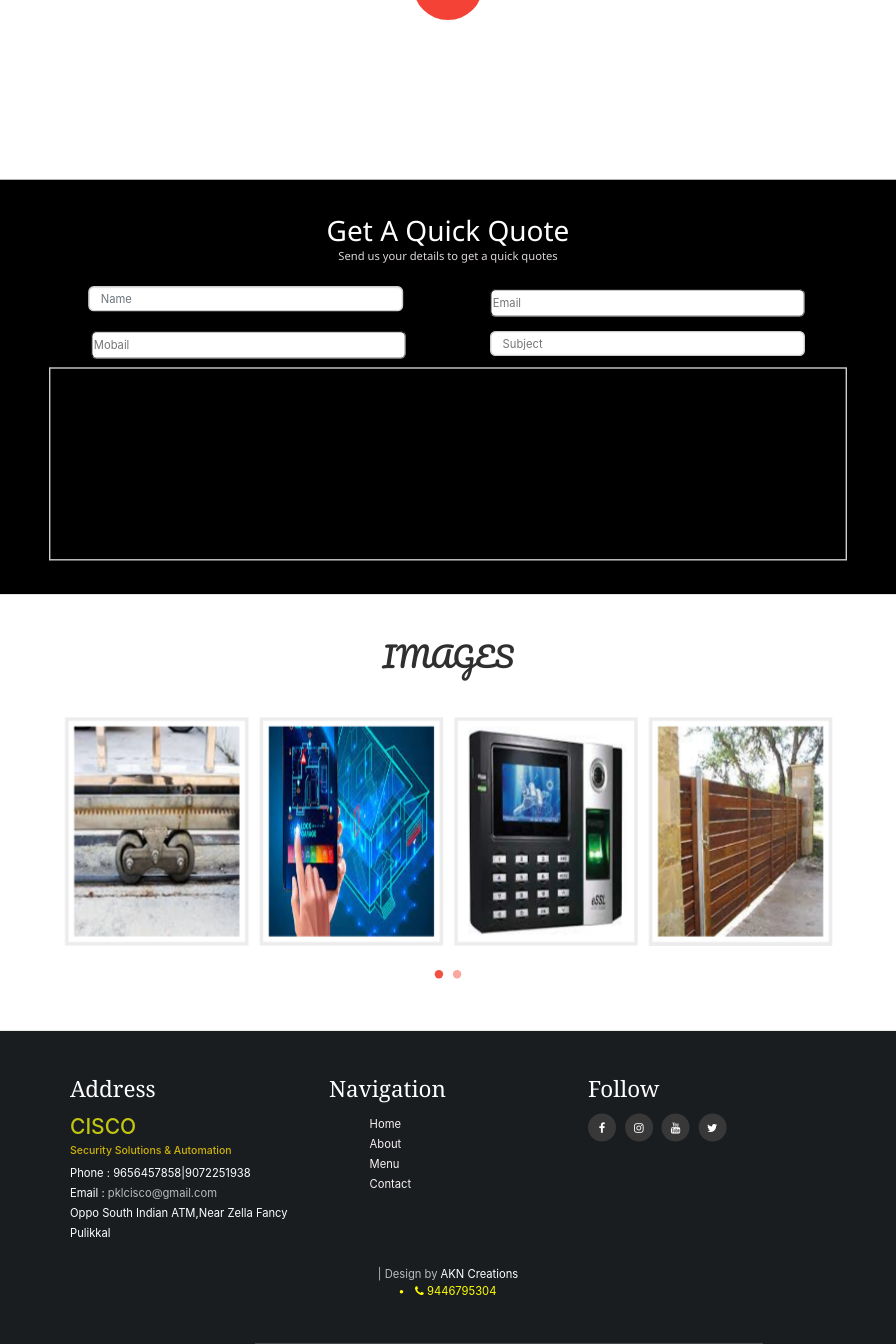
Repository: Nuhman123/Cisco
Page: index.html
The author's editor kept a copy of each file at every save. The page is drawn from the files as they stood at one save, then again after a run of saves.
The browser window is 1280 px wide. The pictures show the part of the page from y = 2164 to 4084 px (the page is 4084 px tall before and 4012 px after), at 70% of full size.

Above is the page before, as saved 2021-04-10 16:44:38.

### index.html
<!--A Design by W3layouts
Author: W3layout
Author URL: http://w3layouts.com
License: Creative Commons Attribution 3.0 Unported
License URL: http://creativecommons.org/licenses/by/3.0/
-->
<!DOCTYPE html>
<html lang="en">
<head>
<title>CISCO security solutions & automation</title>
<meta name="viewport" content="width=device-width, initial-scale=1">
<meta http-equiv="Content-Type" content="text/html; charset=utf-8" />
<meta name="keywords" content="Royal Recipes Responsive web template, Bootstrap Web Templates, Flat Web Templates, Android Compatible web template,
Smartphone Compatible web template, free webdesigns for Nokia, Samsung, LG, SonyEricsson, Motorola web design" />
<script type="application/x-javascript"> addEventListener("load", function() { setTimeout(hideURLbar, 0); }, false); function hideURLbar(){ window.scrollTo(0,1); } </script>
<!-- bootstrap-css -->
<link href="css/bootstrap.css" rel="stylesheet" type="text/css" media="all" />
<!--// bootstrap-css -->
<!-- css -->
<link rel="stylesheet" href="css/style.css" type="text/css" media="all" />
<!--// css -->
<link rel="stylesheet" href="css/owl.carousel.css" type="text/css" media="all">
<link href="css/owl.theme.css" rel="stylesheet">
<!-- font-awesome icons -->
<link href="css/font-awesome.css" rel="stylesheet">
<!-- //font-awesome icons -->
<!-- font -->
<link href='//fonts.googleapis.com/css?family=Pacifico' rel='stylesheet' type='text/css'>
<link href='//fonts.googleapis.com/css?family=Open+Sans+Condensed:300,300italic,700' rel='stylesheet' type='text/css'>
<!-- //font -->
<script src="js/jquery-1.11.1.min.js"></script>
<script src="js/bootstrap.js"></script>
<script src="https://maxcdn.bootstrapcdn.com/bootstrap/4.0.0/js/bootstrap.min.js" integrity="sha384-JZR6Spejh4U02d8jOt6vLEHfe/JQGiRRSQQxSfFWpi1MquVdAyjUar5+76PVCmYl" crossorigin="anonymous"></script>
<link rel="stylesheet" href="https://maxcdn.bootstrapcdn.com/bootstrap/4.0.0/css/bootstrap.min.css" integrity="sha384-Gn5384xqQ1aoWXA+058RXPxPg6fy4IWvTNh0E263XmFcJlSAwiGgFAW/dAiS6JXm" crossorigin="anonymous">
<!-- light-box -->
<link rel="stylesheet" href="css/lightbox.css">
<!-- //light-box -->
<script src="js/SmoothScroll.min.js"></script>
<!--search jQuery-->
<script src="js/main.js"></script>
<!--//search jQuery-->
<script type="text/javascript">
	jQuery(document).ready(function($) {
		$(".scroll").click(function(event){
			event.preventDefault();
			$('html,body').animate({scrollTop:$(this.hash).offset().top},1000);
		});
	});
</script>

<script>
$(document).ready(function() {
	$("#owl-demo").owlCarousel({

		autoPlay: 3000, //Set AutoPlay to 3 seconds
		autoPlay:true,
		items : 4,
		itemsDesktop : [640,5],
		itemsDesktopSmall : [414,4]

	});

});
</script>
</head>
<body>
	<header class="header-1">
		<div class="container">
			<div class="row">
		<div class="col-xs-3">
			<img src="images/csc0log.png">
		</div>
		<div class="col-xs-5">
			<h1>CISCO</h1>
			<p>Security Solutions & Automation</p>
		</div>
		<div class="col-xs-4">
		<nav class="navbar navbar-expand-lg navbar-light">
			<button style="background-color:white;margin-top: 18px;" class="navbar-toggler" type="button" data-toggle="collapse" data-target="#navbarNavAltMarkup" aria-controls="navbarNavAltMarkup" aria-expanded="false" aria-label="Toggle navigation">
			  <span class="navbar-toggler-icon"></span>
			</button>
			<div class="collapse navbar-collapse" id="navbarNavAltMarkup" style="background-color: rgb(5, 7, 6);margin-top: 17px;">
			  <div class="navbar-nav text-center">
				<a class="nav-item nav-link active" href="index.html" style="color: white;">Home <span class="sr-only">(current)</span></a>
				<a class="nav-item nav-link" href="#services" style="color: white;">Services</a>
				<a class="nav-item nav-link" href="menu.html" style="color: white;z-index: 10;">Menu</a>
				<a class="nav-item nav-link" href="about.html" style="color: white;z-index: 10;">About</a>
				<a class="nav-item nav-link" href="contact.html" style="color: white;z-index: 10;">Condact</a>
			  </div>
			</div>
		  </nav>
		</div>
			</div>
		</div>
	</header>
	<!-- banner -->
	<div class="banner">
		<div class="header">
			<div class="container">
				<div class="logo">

				</div>
				<div class="clearfix"> </div>
			</div>
		</div>
		<div class="banner-slider">
			<div class="container">
				<div class="slider">
					<div class="callbacks_container">
						<ul class="rslides callbacks callbacks1" id="slider4">
							<li>
								<div class="agileits-banner-info">
									<img src="images/csc0log.png">
									<h3>CISCO</h3>
									<h5>Security Solutions & Automation</h5>
									<p>CCTV Installation,EPBAX,Home Automation,Automatic Gate,Video Door Phone,Access Control System,Security Alarm System,Solar System,Biometric AttendanceSystem</p>
									<a href="#services">Services</a>

								</div>
							</li>
							<li>
								<div class="agileits-banner-info">
									<h3>CCTV<br> Installation</h3>
									<p>CCTV Installation,EPBAX,Home Automation,Automatic Gate,Video Door Phone,Access Control System,Security Alarm System,Solar System,Biometric AttendanceSystem</p>
									<a href="#services">Services</a>

								</div>
							</li>
							<li>
								<div class="agileits-banner-info">
									<img src="images/csc0log.png">
									<h3>CISCO</h3>
									<p>CCTV Installation,EPBAX,Home Automation,Automatic Gate,Video Door Phone,Access Control System,Security Alarm System,Solar System,Biometric AttendanceSystem</p>
									<a href="#services">Services</a>
								</div>
							</li>
						</ul>
						<div class="social text-center">
							<ul>
								<li><a href="https://www.facebook.com/cisco_security_solutions-101064504984043/"><i class="fa fa-facebook"></i></a></li>
								<li><a href="https://www.instagram.com/cisco_security_solutions?r=nametag"><i class="fa fa-instagram"></i></a></li>
								<li><a href="https://youtube.com/channel/UCSI_CHHL5nW7fggODaksUw"><i class="fa fa-youtube"></i></a></li>
								<li><a href="https://twitter.com"><i class="fa fa-twitter"></i></a></li>
							</ul>
						</div>
					</div>
					<script src="js/responsiveslides.min.js"></script>
					<script>
						// You can also use "$(window).load(function() {"
						$(function () {
						  // Slideshow 4
						  $("#slider4").responsiveSlides({
							auto: true,
							pager:true,
							nav:false,
							speed: 500,
							namespace: "callbacks",
							before: function () {
							  $('.events').append("<li>before event fired.</li>");
							},
							after: function () {
							  $('.events').append("<li>after event fired.</li>");
							}
						  });

						});
					 </script>
					<!--banner Slider starts Here-->
				</div>
			</div>
		</div>
	</div>
	<!-- banner -->
	<!-- services -->
	<section class="bg-light p-4 mt-5" id="services">
		<div class="container">
		  <h1 class="services text-center">Our Services</h1>
		  <div class="row">
			<div class="col-lg-4 col-md-6 pt-3">
			  <div class="card text-center">
				<div class="card-body">
				  <h5 class="card-title">CCTV Installation</h5>
				  <p class="card-text">
					CCTV systems may operate continuously or only as required to monitor a particular event. A more advanced form of CCTV, using digital video recorders (DVRs), provides recording for possibly many years, with a variety of quality and performance options and extra features (such as motion detection and email alerts).
					</p>
				</div>
			  </div>
			</div>
			<div class="col-lg-4 col-md-6 pt-3">
			  <div class="card text-center ">

				<div class="card-body">
				  <h5 class="card-title">EPBAX</h5>
				  <p class="card-text">EPABX stands for Electronic Private Automatic Branch Exchange which is a private telephone network used by the organizations and the companies for various types of communication, either between the employees or outside the clients.</p>
				</div>
			  </div>
			</div>
			<div class="col-lg-4 col-md-6 pt-3">
			  <div class="card text-center ">

				<div class="card-body">
				  <h5 class="card-title">Home Automation</h5>
				  <p class="card-text"> home automation system integrates all the electrical devices in the house with each other, it includes centralized control of lighting, HVAC(Heat, ventilation and air conditioning) appliances, security locks and other systems to improve comfort, conveniences, security and energy efficiency.</p>
				</div>
			  </div>
			</div>
			<div class="col-lg-4 col-md-6 pt-3">
			  <div class="card text-center">
				<div class="card-body">
				  <h5 class="card-title">Automatic Gate</h5>
				  <p class="card-text"></p>
				</div>
			  </div>
			</div>
			<div class="col-lg-4 col-md-6  pt-3">
			  <div class="card text-center">
				<div class="card-body">
				  <h5 class="card-title">Video Door Phone</h5>
				  <p class="card-text">video door phone lets you see and communicate with the visitor without being physically present on the door. After knowing the purpose of visit and if required, you can choose to open the door or keep it closed. So, the video door phone is a great system to ensure the safety and security of your family and home.</p>
				</div>
			  </div>
			</div>
			<div class="col-lg-4 col-md-6  pt-3">
			  <div class="card text-center ">
				<div class="card-body">
				  <h5 class="card-title">Access Control System</h5>
				  <p class="card-text"></p>
				</div>
			  </div>
			</div>
			<div class="col-lg-4 col-md-6  pt-3">
				<div class="card text-center ">
				  <div class="card-body">
					<h5 class="card-title">Security Alarm System</h5>
					<p class="card-text"></p>
				  </div>
				</div>
			  </div>
			  <div class="col-lg-4 col-md-6  pt-3">
				<div class="card text-center ">
				  <div class="card-body">
					<h5 class="card-title">Solar System</h5>
					<p class="card-text">The Solar System is made up of all the planets that orbit our Sun. In addition to planets, the Solar System also consists of moons, comets, asteroids, minor planets, dust and gas. The inner solar system contains the Sun, Mercury, Venus, Earth and Mars. ... Everything in the Solar System orbits or revolves around the Sun.</p>
				  </div>
				</div>
			  </div>
			  <div class="col-lg-4 col-md-6  pt-3">
				<div class="card text-center ">
				  <div class="card-body">
					<h5 class="card-title">Biometric Attendance System</h5>
					<p class="card-text"></p>
				  </div>
				</div>
			  </div>
		  </div>
		</div>
	  </section>
	<!-- //services -->
	<!-- offer -->
	<div class="jarallax offer">
		<div class="container">
			<div class="w3l-offer-heading">
				<h3>Today Offers</h3>
			</div>
			<div class="w3ls-offer-slider">
				<div class="slider">
					<div class="callbacks_container">
						<ul class="rslides callbacks callbacks1" id="slider3">
							<li>
								<div class="agileinfo-offer-grid">
									<h4>45<span>%</span></h4>
									<h5>Pork Vindaloo</h5>
									<p>Quisque scelerisque rutrum nunc, eget hendrerit diam porta efficitur. Duis bibendum consequat est, sed efficitur arcu. Morbi viverra, leo sit amet vestibulum dignissim, tortor est dignissim dolor, eu accumsan est urna id felis. </p>
								</div>
							</li>
							<li>
								<div class="agileinfo-offer-grid">
									<h4>50%</h4>
									<h5>Phaal Curry</h5>
									<p>Vestibulum euismod porttitor interdum. Vivamus porta consectetur nulla porttitor hendrerit. Pellentesque ultrices augue ut nibh feugiat, nec egestas orci cursus. Sed vehicula quis erat sed lobortis. Curabitur eleifend sit amet.</p>
								</div>
							</li>
							<li>
								<div class="agileinfo-offer-grid">
									<h4>64%</h4>
									<h5>Laal Maas</h5>
									<p>Aenean volutpat auctor ultrices. Aliquam ac turpis ultrices, porta enim at, interdum velit. Ut ligula justo, sodales eu nisi a, molestie dictum leo. Sed blandit porta ante, at consequat nulla fermentum a. Donec aliquet tristique.</p>
								</div>
							</li>
						</ul>
					</div>
					<script>
						// You can also use "$(window).load(function() {"
						$(function () {
						  // Slideshow 4
						  $("#slider3").responsiveSlides({
							auto: true,
							pager:false,
							nav:false,
							speed: 500,
							namespace: "callbacks",
							before: function () {
							  $('.events').append("<li>before event fired.</li>");
							},
							after: function () {
							  $('.events').append("<li>after event fired.</li>");
							}
						  });

						});
					 </script>
					<!--banner Slider starts Here-->
				</div>
			</div>
			<script src="js/jarallax.js"></script>
		</div>
	</div>
	<!-- //offer -->
	<section class="form-quote">
		<div class="container">
		<div class="contact-form">
			<h3>Get A Quick Quote</h3>
			<p class="" >Send us your details to get a quick quotes</p>
			<form>
				<div class="row"align="center">
					<div class="col-xs-12 col-sm-12 col-lg-6">
						<input type="text" placeholder="Name" class="form-control" style="width: 450px;background: white;height: 20px;border-radius: 8px;">
					</div>
					<div class="col-xs-12 col-sm-12 col-lg-6">
						<input type="email" placeholder="Email" style="width: 450px;background: white;margin: 4px; height: 40px;border-radius: 8px;">
					</div>
					<div class="col-xs-12 col-sm-12 col-md-12 col-lg-6">
						<input type="tel" placeholder="Mobail" style="width: 450px;background: white;margin: 12px; height: 40px;border-radius: 8px;">
					</div>
					<div class="col-xs-12 col-sm-12 col-md-12 col-lg-6">
						<input type="text" placeholder="Subject" style="width: 450px;background: white;margin: 12px; height: 30px;border-radius: 8px;">
					</div>
					<div></div>
					<textarea cols="30" rows="10"></textarea>

				</div>
			  </form>
		</div>
			</div>
	</section>
	<!-- special -->
	<div class="special">
		<div class="container">
			<div class="wthree-special-heading">
				<h3>IMAGES</h3>
			</div>
			<div class="special-grids">
				<div id="owl-demo" class="owl-carousel owl-theme">
						<div class="item">
							<div class="w3-agileits-special-grid-info">
								<img src="images/289c9c264087cddc084383969cd6e19f.jpg" alt="" />
							</div>
						</div>
						<div class="item">
							<div class="w3-agileits-special-grid-info">
								<img src="images/ghy.jfif" alt="" />

							</div>
						</div>
						<div class="item">
							<div class="w3-agileits-special-grid-info">
								<img src="images/h automations.jfif" alt="" />

							</div>
						</div>
						<div class="item">
							<div class="w3-agileits-special-grid-info">
								<img src="images/bio2.jfif" alt="" />
							</div>
						</div>
						<div class="item">
							<div class="w3-agileits-special-grid-info">
								<img src="images/guf.jfif" alt="" />

							</div>
						</div>
						<div class="item">
							<div class="w3-agileits-special-grid-info">
								<img src="images/epbax.jpeg" alt="" />

							</div>
						</div>
						<div class="item">
							<div class="w3-agileits-special-grid-info">
								<img src="images/h automations.jfif4.jfif" alt="" />

							</div>
						</div>
						<div class="item">
							<div class="w3-agileits-special-grid-info">
								<img src="images/cctv3.jpg" alt="" />

							</div>
						</div>
				</div>
			</div>
		</div>
	</div>
	<!-- //special -->
	<!-- footer -->
	<div class="w3-agile-footer">
		<div class="container">
			<div class="footer-grids">
				<div class="col-md-4 footer-grid">
					<div class="footer-grid-heading">
						<h4>Address</h4>
					</div>
					<div class="footer-grid-info">
						<h1 class="">CISCO</h1>
					<h4 class="">Security Solutions & Automation</h4>
					</di>
					<p class="phone">Phone : 9656457858|9072251938
						<span>Email : <a href="pklcisco@gmail.com">pklcisco@gmail.com</a></span>
					</p>
					<p>Oppo South Indian ATM,Near Zella Fancy 	Pulikkal </p>
				</div>

				</div>
				<div class="col-md-4 footer-grid">
					<div class="footer-grid-heading">
						<h4>Navigation</h4>
					</div>
					<div class="footer-grid-info">
						<ul class="">
							<li><a href="index.html">Home</a></li>
							<li><a href="about.html">About</a></li>
							<li><a href="menu.html">Menu</a></li>
							<li><a href="contact.html">Contact</a></li>
						</ul>
					</div>
				</div>
				<div class="col-md-4 footer-grid">
					<div class="footer-grid-heading">
						<h4>Follow</h4>
					</div>
					<div class="social">
						<ul>
							<li><a href="https://www.facebook.com/cisco_security_solutions-101064504984043/"><i class="fa fa-facebook"></i></a></li>
							<li><a href="https://www.instagram.com/cisco_security_solutions?r=nametag"><i class="fa fa-instagram"></i></a></li>
							<li><a href="https://youtube.com/channel/UCSI_CHHL5nW7fggODaksUw"><i class="fa fa-youtube"></i></a></li>
							<li><a href="https://twitter.com"><i class="fa fa-twitter"></i></a></li>
						</ul>
					</div>
				<div class="clearfix"> </div>
			</div>
		</div>
	</div>
	<div class="agileits-w3layouts-copyright">
		<p>| Design by <a href=""> AKN Creations </a> </p>
		<li style="color: yellow;"><i  class="fa fa-phone" aria-hidden="true"></i> 9446795304</li>
	</div>
	</div>
	<!-- //footer -->
	<script src="js/owl.carousel.js"></script>
	<script type="text/javascript" src="js/move-top.js"></script>
	<script type="text/javascript" src="js/easing.js"></script>
	<!-- here stars scrolling icon -->
	<script type="text/javascript">
		$(document).ready(function() {
			/*
				var defaults = {
				containerID: 'toTop', // fading element id
				containerHoverID: 'toTopHover', // fading element hover id
				scrollSpeed: 1200,
				easingType: 'linear'
				};
			*/

			$().UItoTop({ easingType: 'easeOutQuart' });

			});
	</script>
<!-- //here ends scrolling icon -->
<script type="text/javascript">
			/* init Jarallax */
			$('.jarallax').jarallax({
				speed: 0.5,
				imgWidth: 1366,
				imgHeight: 768
			})
		</script>
</body>
</html>

Loaded but not shown: css/bootstrap.css (library); css/owl.carousel.css (common file); css/owl.theme.css (common file); css/font-awesome.css (library); js/jquery-1.11.1.min.js (library); js/bootstrap.js (library); css/lightbox.css (library); js/SmoothScroll.min.js (library); js/responsiveslides.min.js (library); js/owl.carousel.js (library); js/jarallax.js (433 lines, source omitted); js/easing.js (140 lines, source omitted); js/main.js (100 lines, source omitted); js/move-top.js (5 lines, source omitted); css/style.css (2111 lines, source omitted)

After the next 2 saves:
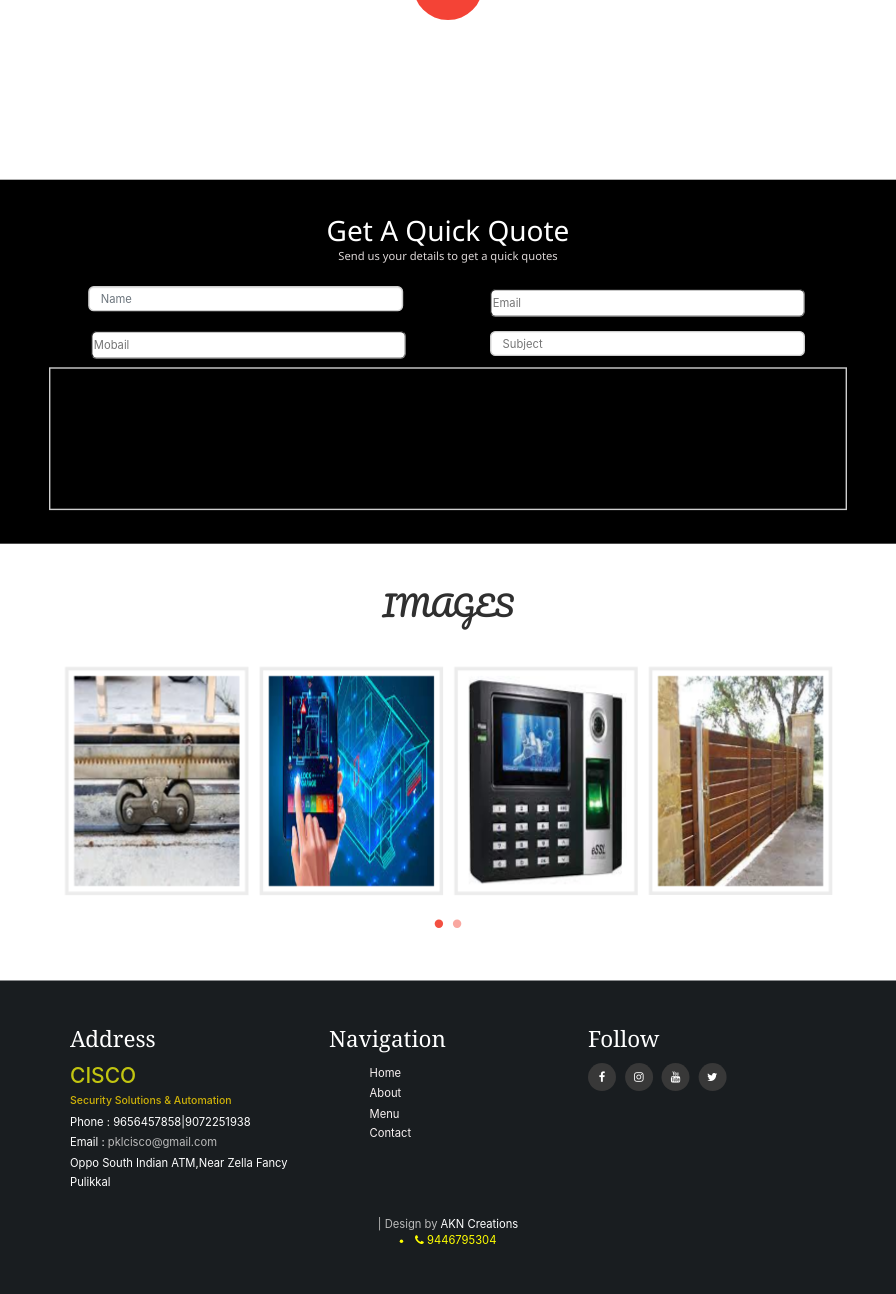
The 2 saves are shown as one change because they came seconds apart.
The last was saved 69 s later.
--- a/index.html
+++ b/index.html
@@ -336,7 +336,7 @@
 						<input type="text" placeholder="Subject" style="width: 450px;background: white;margin: 12px; height: 30px;border-radius: 8px;">
 					</div>
 					<div></div>
-					<textarea cols="30" rows="10"></textarea>
+					<textarea cols="30" rows="7"></textarea>
 
 				</div>
 			  </form>
